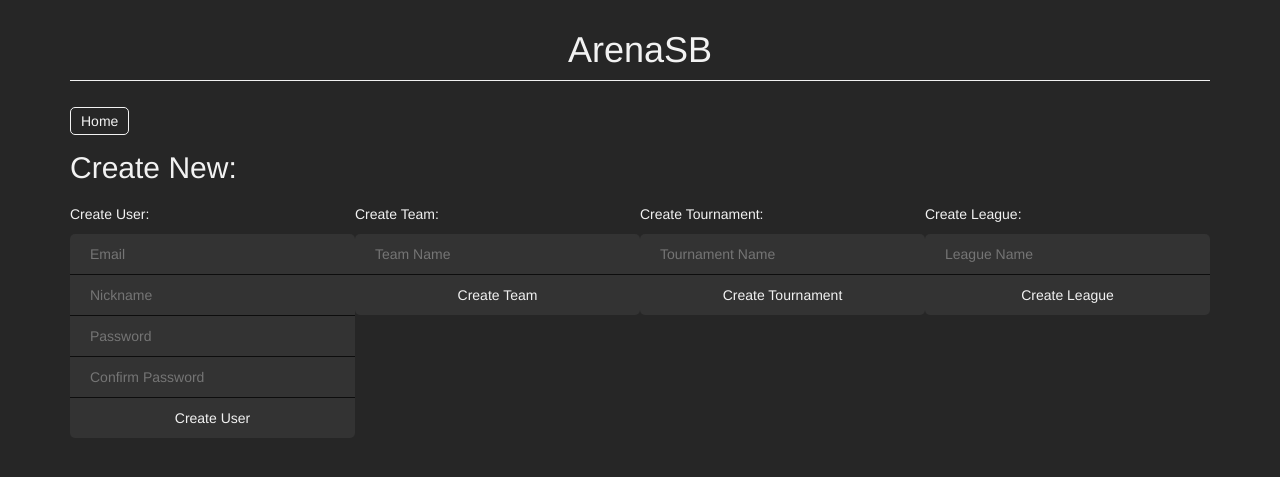
Repository: abegaz/arenaSB
Page: arenaSB-fx/ArenaSB/src/com/application/view/create.html
The author's editor kept a copy of each file at every save. The page is drawn from the files as they stood at one save, then again after the next save.
The browser window is 1280 px wide. The pictures show the whole page.

Above is the page before, as saved 2017-11-10 01:57:06.

After the next save:
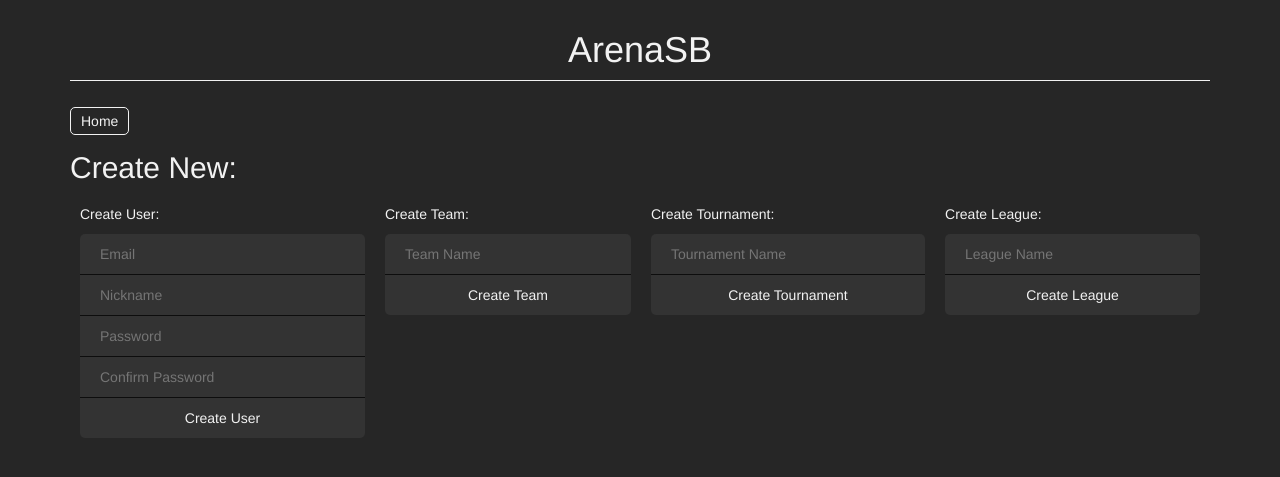
Saved 3 s later.
--- a/arenaSB-fx/ArenaSB/src/com/application/view/application.css
+++ b/arenaSB-fx/ArenaSB/src/com/application/view/application.css
@@ -47,7 +47,7 @@ a.nav-btn:hover {
 
 .form {
 	max-width: 25%;
-	margin: 10px 0px;
+	margin: 10px;
 }
 
 form {
